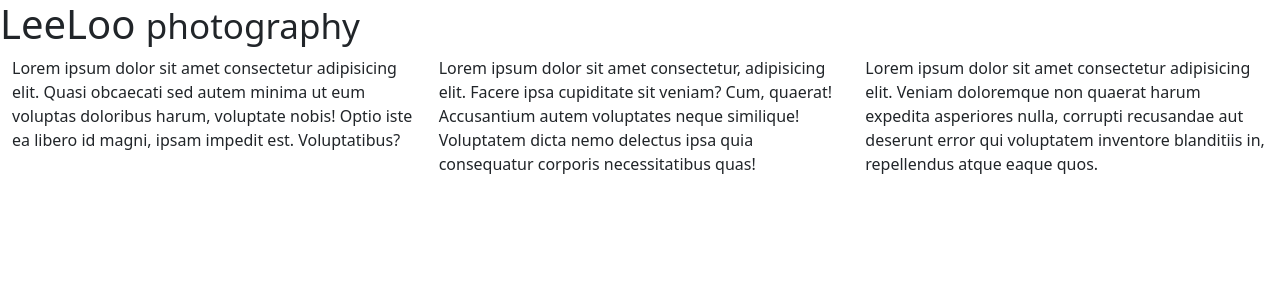
Repository: Zyzik-33/bootstrap-test
Page: index.html
An editor plug-in stored every save of this project. The page is shown before and after the next save, followed by the edit.
The browser window is 1280 px wide. The pictures show the whole page.

Above is the page before, as saved 2021-01-27 14:29:20.

### index.html
<!DOCTYPE html>
<html lang="en">
<head>
  <title>LeeLoo</title>
  <meta charset="UTF-8">
  <meta name="viewport" content="width=device-width, initial-scale=1.0">
  <link href="https://cdn.jsdelivr.net/npm/bootstrap@5.0.0-beta1/dist/css/bootstrap.min.css" rel="stylesheet" integrity="sha384-giJF6kkoqNQ00vy+HMDP7azOuL0xtbfIcaT9wjKHr8RbDVddVHyTfAAsrekwKmP1" crossorigin="anonymous">
  <script src="https://ajax.googleapis.com/ajax/libs/jquery/3.5.1/jquery.min.js"></script>
  <script src="https://cdn.jsdelivr.net/npm/bootstrap@5.0.0-beta1/dist/js/bootstrap.bundle.min.js" integrity="sha384-ygbV9kiqUc6oa4msXn9868pTtWMgiQaeYH7/t7LECLbyPA2x65Kgf80OJFdroafW" crossorigin="anonymous"></script>
</head>
<body>
  <h1>LeeLoo <small>photography</small> </h1>
  <div class="container-fluid">

    <div class="row">
      <div class="col-lg-4">Lorem ipsum dolor sit amet consectetur adipisicing elit. Quasi obcaecati sed autem minima ut eum voluptas doloribus harum, voluptate nobis! Optio iste ea libero id magni, ipsam impedit est. Voluptatibus?</div>
      <div class="col-lg-4">Lorem ipsum dolor sit amet consectetur, adipisicing elit. Facere ipsa cupiditate sit veniam? Cum, quaerat! Accusantium autem voluptates neque similique! Voluptatem dicta nemo delectus ipsa quia consequatur corporis necessitatibus quas!</div>
      <div class="col-lg-4">Lorem ipsum dolor sit amet consectetur adipisicing elit. Veniam doloremque non quaerat harum expedita asperiores nulla, corrupti recusandae aut deserunt error qui voluptatem inventore blanditiis in, repellendus atque eaque quos.</div>
    </div>
  </div>
</body>
</html>

After the next save:
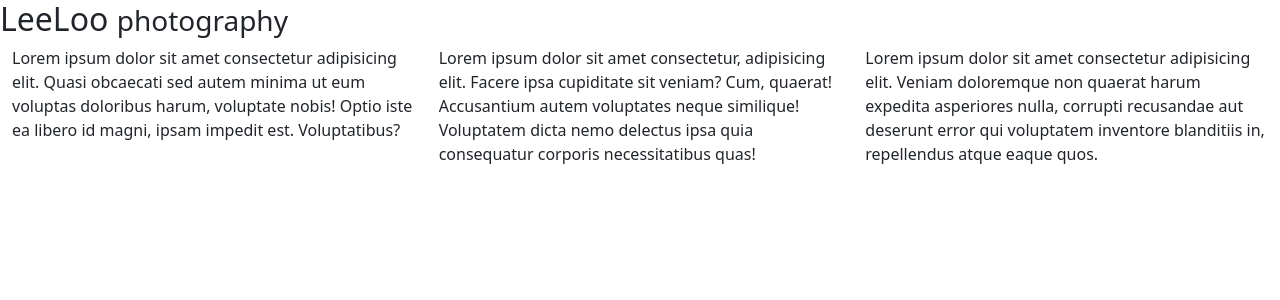
Saved 21 s later.
--- a/index.html
+++ b/index.html
@@ -9,7 +9,7 @@
   <script src="https://cdn.jsdelivr.net/npm/bootstrap@5.0.0-beta1/dist/js/bootstrap.bundle.min.js" integrity="sha384-ygbV9kiqUc6oa4msXn9868pTtWMgiQaeYH7/t7LECLbyPA2x65Kgf80OJFdroafW" crossorigin="anonymous"></script>
 </head>
 <body>
-  <h1>LeeLoo <small>photography</small> </h1>
+  <h2>LeeLoo <small>photography</small> </h2>
   <div class="container-fluid">
 
     <div class="row">

After the save that followed:
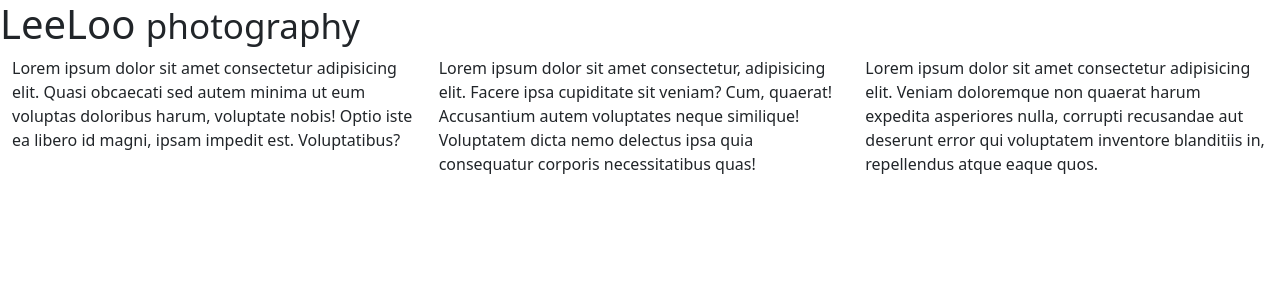
Saved 8 s later.
--- a/index.html
+++ b/index.html
@@ -9,7 +9,7 @@
   <script src="https://cdn.jsdelivr.net/npm/bootstrap@5.0.0-beta1/dist/js/bootstrap.bundle.min.js" integrity="sha384-ygbV9kiqUc6oa4msXn9868pTtWMgiQaeYH7/t7LECLbyPA2x65Kgf80OJFdroafW" crossorigin="anonymous"></script>
 </head>
 <body>
-  <h2>LeeLoo <small>photography</small> </h2>
+  <h1>LeeLoo <small>photography</small> </h1>
   <div class="container-fluid">
 
     <div class="row">
